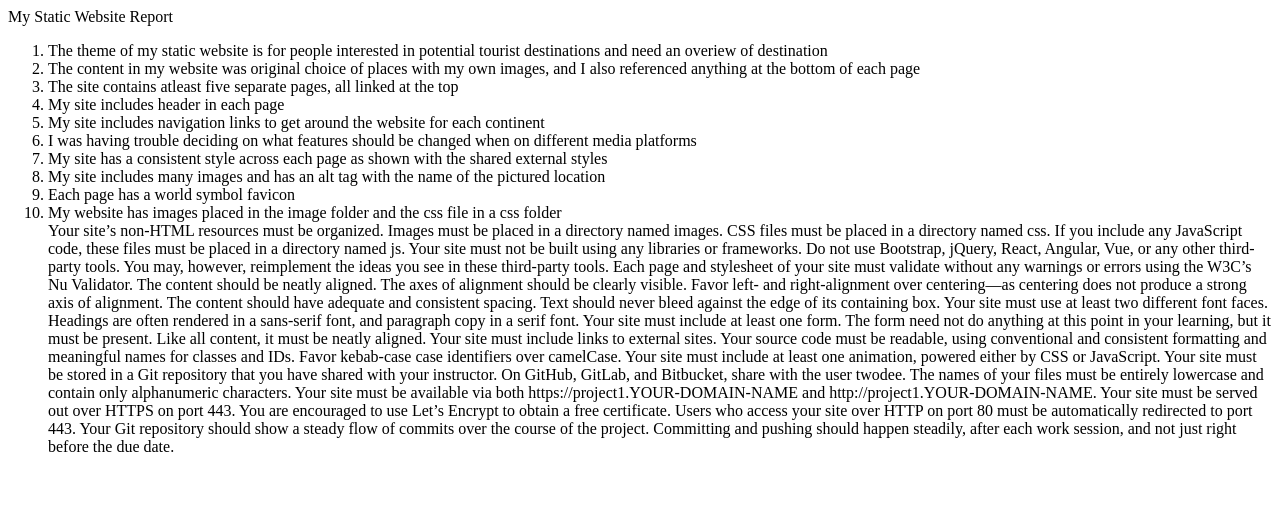
Repository: alharama/StaticWebsite
Page: report.html
An editor plug-in stored every save of this project. The page is shown before and after the next save, followed by the edit.
The browser window is 1280 px wide. The pictures show the whole page.

Above is the page before, as saved 2021-09-30 01:45:22.

### report.html
<!DOCTYPE html>
<html lang="en">

<head>


    <title> Website Report </title>
</head>

<body>

    <header> My Static Website Report</header>


    <ol>
        <li> The theme of my static website is for people interested in potential tourist destinations and need an overiew of destination</li>
        <li> The content in my website was original choice of places with my own images, and I also referenced anything at the bottom of each page</li>
        <li> The site contains atleast five separate pages, all linked at the top</li>
        <li> My site includes header in each page</li>
        <li> My site includes navigation links to get around the website for each continent</li>
        <li> I was having trouble deciding on what features should be changed when on different media platforms</li>
        <li> My site has a consistent style across each page as shown with the shared external styles</li>
        <li> My site includes many images and has an alt tag with the name of the pictured location</li>
        <li> Each page has a world symbol favicon</li>
        <li> My website has images placed in the image folder and the css file in a css folder</li>


Your site’s non-HTML resources must be organized. Images must be placed in a directory named images. CSS files must be placed in a directory named css. If you include any JavaScript code, these files must be placed in a directory named js.
Your site must not be built using any libraries or frameworks. Do not use Bootstrap, jQuery, React, Angular, Vue, or any other third-party tools. You may, however, reimplement the ideas you see in these third-party tools.
Each page and stylesheet of your site must validate without any warnings or errors using the W3C’s Nu Validator.
The content should be neatly aligned. The axes of alignment should be clearly visible. Favor left- and right-alignment over centering—as centering does not produce a strong axis of alignment.
The content should have adequate and consistent spacing. Text should never bleed against the edge of its containing box.
Your site must use at least two different font faces. Headings are often rendered in a sans-serif font, and paragraph copy in a serif font.
Your site must include at least one form. The form need not do anything at this point in your learning, but it must be present. Like all content, it must be neatly aligned.
Your site must include links to external sites.
Your source code must be readable, using conventional and consistent formatting and meaningful names for classes and IDs. Favor kebab-case case identifiers over camelCase.
Your site must include at least one animation, powered either by CSS or JavaScript.
Your site must be stored in a Git repository that you have shared with your instructor. On GitHub, GitLab, and Bitbucket, share with the user twodee.
The names of your files must be entirely lowercase and contain only alphanumeric characters.
Your site must be available via both https://project1.YOUR-DOMAIN-NAME and http://project1.YOUR-DOMAIN-NAME.
Your site must be served out over HTTPS on port 443. You are encouraged to use Let’s Encrypt to obtain a free certificate.
Users who access your site over HTTP on port 80 must be automatically redirected to port 443.
Your Git repository should show a steady flow of commits over the course of the project. Committing and pushing should happen steadily, after each work session, and not just right before the due date.
    </ol>



</body>



</html>

After the next save:
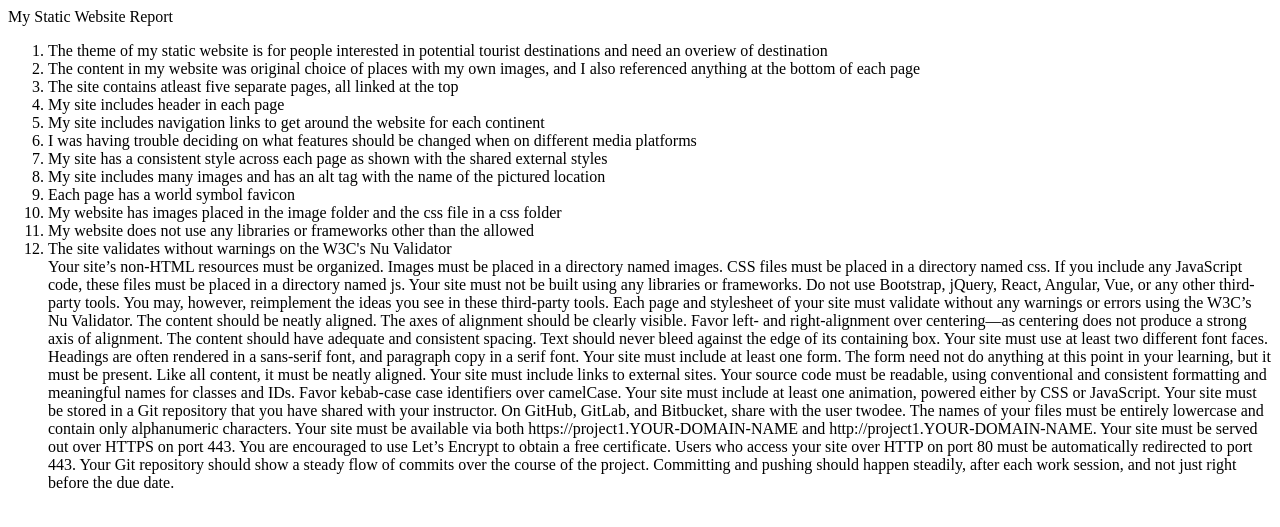
Saved 73 s later.
--- a/report.html
+++ b/report.html
@@ -23,6 +23,8 @@
         <li> My site includes many images and has an alt tag with the name of the pictured location</li>
         <li> Each page has a world symbol favicon</li>
         <li> My website has images placed in the image folder and the css file in a css folder</li>
+        <li> My website does not use any libraries or frameworks other than the allowed</li>
+        <li> The site validates without warnings on the W3C's Nu Validator</li>
 
 
 Your site’s non-HTML resources must be organized. Images must be placed in a directory named images. CSS files must be placed in a directory named css. If you include any JavaScript code, these files must be placed in a directory named js.
